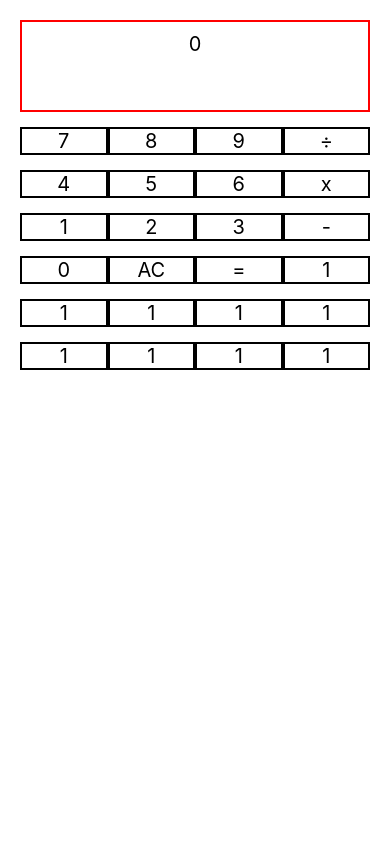
Repository: jeanphael/MyAppReact
Screen: /
An editor plug-in stored every save of this project. The screen is shown before and after the next save, followed by the edit.
The app was drawn by React Native's web renderer in a window 390 px wide. The project was rebuilt for these pictures with package versions that can differ from the ones it lists, and the page was loaded fresh each time. Some packages were replaced by stand-ins written for this rebuild.

Above is the screen before, as saved 2021-10-14 10:41:21.

After the next save:
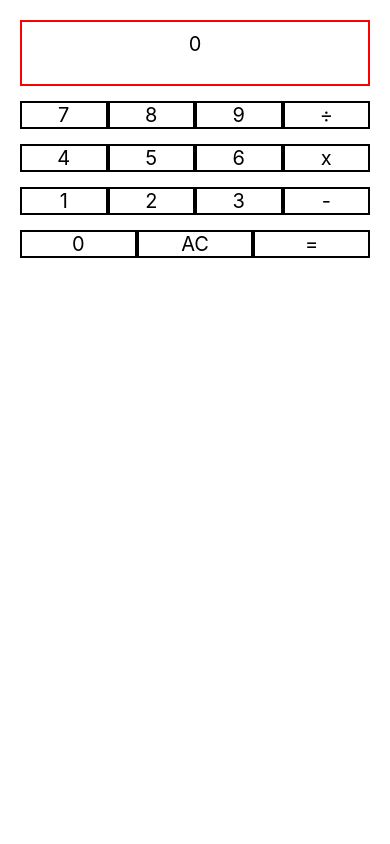
Saved 45 s later.
--- a/App.js
+++ b/App.js
@@ -117,65 +117,9 @@ export default class App extends React.Component {
               =
             </Text>
           </TouchableOpacity>
-          <TouchableOpacity style={{borderColor:'grew',borderWidth:2,flex:1}}>
 
-            <Text style={{ fontSize: 20, alignSelf: 'center' }}>
-              1
-            </Text>
-          </TouchableOpacity>
         </View>
-        <View style={{ flexDirection: 'row', justifyContent: 'space-between',marginTop:15 }}>
-          <TouchableOpacity style={{borderColor:'grew',borderWidth:2,flex:1}}>
 
-            <Text style={{ fontSize: 20, alignSelf: 'center' }}>
-              1
-            </Text>
-          </TouchableOpacity>
-          <TouchableOpacity style={{borderColor:'grew',borderWidth:2,flex:1}}>
-
-            <Text style={{ fontSize: 20, alignSelf: 'center' }}>
-              1
-            </Text>
-          </TouchableOpacity>
-          <TouchableOpacity style={{borderColor:'grew',borderWidth:2,flex:1}}>
-
-            <Text style={{ fontSize: 20, alignSelf: 'center' }}>
-              1
-            </Text>
-          </TouchableOpacity>
-          <TouchableOpacity style={{borderColor:'grew',borderWidth:2,flex:1}}>
-
-            <Text style={{ fontSize: 20, alignSelf: 'center' }}>
-              1
-            </Text>
-          </TouchableOpacity>
-        </View>
-        <View style={{ flexDirection: 'row', justifyContent: 'space-between',marginTop:15 }}>
-          <TouchableOpacity style={{borderColor:'grew',borderWidth:2,flex:1}}>
-
-            <Text style={{ fontSize: 20, alignSelf: 'center' }}>
-              1
-            </Text>
-          </TouchableOpacity>
-          <TouchableOpacity style={{borderColor:'grew',borderWidth:2,flex:1}}>
-
-            <Text style={{ fontSize: 20, alignSelf: 'center' }}>
-              1
-            </Text>
-          </TouchableOpacity>
-          <TouchableOpacity style={{borderColor:'grew',borderWidth:2,flex:1}}>
-
-            <Text style={{ fontSize: 20, alignSelf: 'center' }}>
-              1
-            </Text>
-          </TouchableOpacity>
-          <TouchableOpacity style={{borderColor:'grew',borderWidth:2,flex:1}}>
-
-            <Text style={{ fontSize: 20, alignSelf: 'center' }}>
-              1
-            </Text>
-          </TouchableOpacity>
-        </View>
       </View>
 
     )
